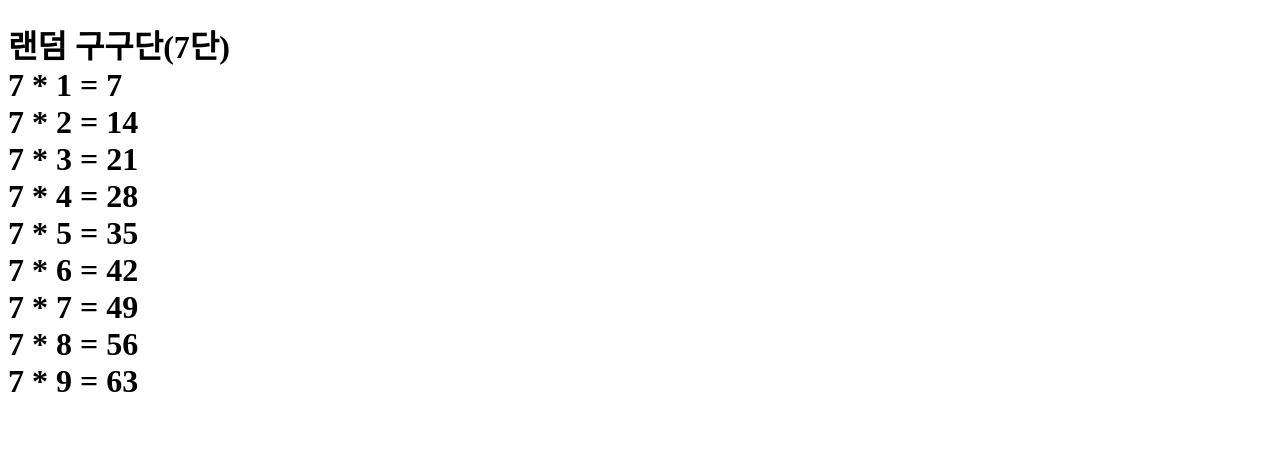
Repository: JongMin22/jsp.practice
Page: http://localhost/JSPBasic/JsPTag/TagQ02.jsp
An editor plug-in stored every save of this project. The page is shown before and after the next save, followed by the edit.
The browser window is 1280 px wide. The pictures show the whole page.
The page is served by Tomcat 9.

Above is the page before, as saved 2022-01-28 06:48:08.

After the next save:
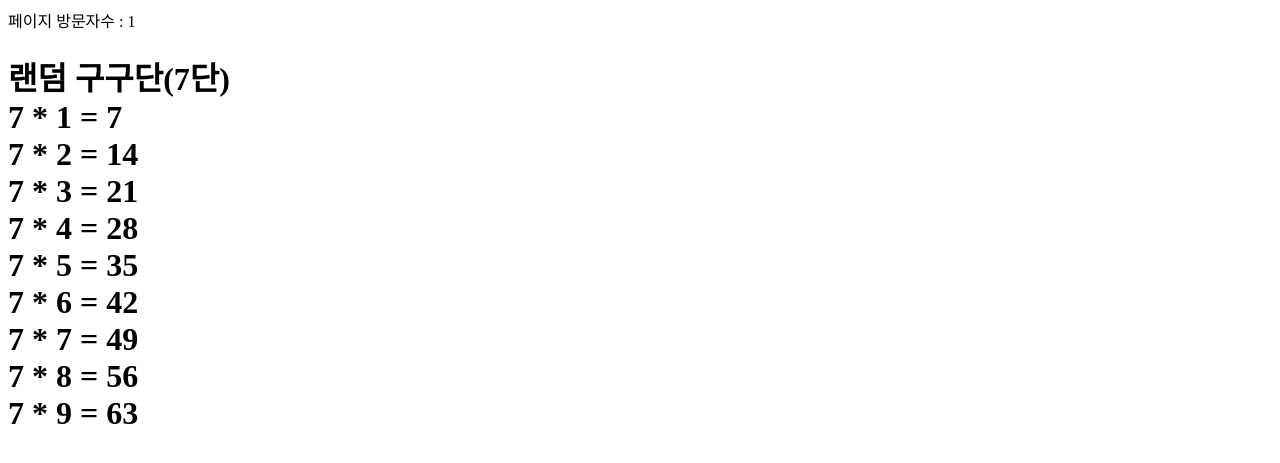
Saved 76 s later.
--- a/JSPBasic/src/main/webapp/JsPTag/TagQ02.jsp
+++ b/JSPBasic/src/main/webapp/JsPTag/TagQ02.jsp
@@ -16,6 +16,8 @@ int randomNum(){
 
 %>
 <%
+int currentNum=0;
+out.println("페이지 방문자수 : " +  ++count);
 int a = randomNum();
 out.println("<h1>"+"랜덤 구구단"+"("+a+"단)" + "<br/>");
 for(int i=1; i<10; i++){
